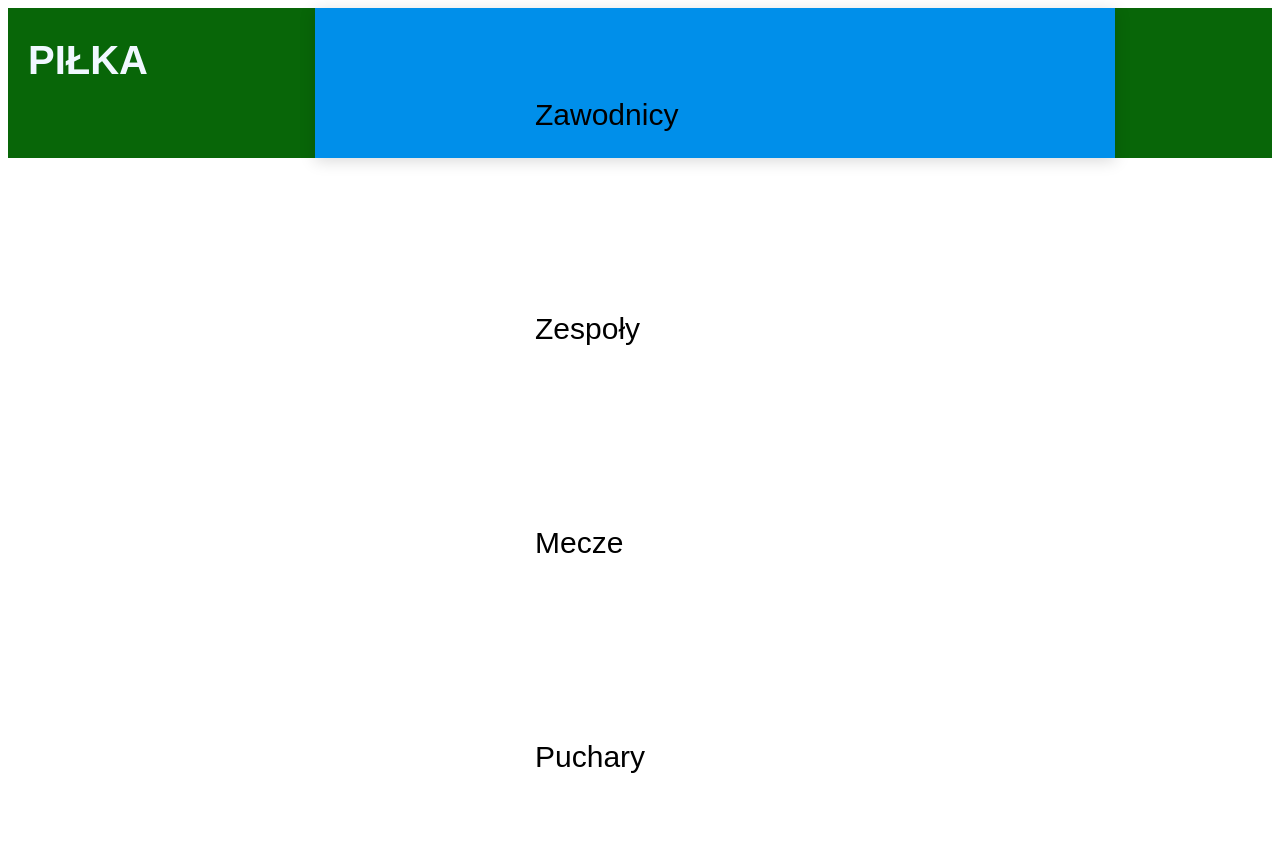
Repository: ZABA78/PAZW
Page: index.html
An editor plug-in stored every save of this project. The page is shown before and after the next save, followed by the edit.
The browser window is 1280 px wide. The pictures show the whole page.
Some web fonts or font styles are not loaded; a fallback is used.

Above is the page before, as saved 2023-10-17 14:27:14.

### index.html
<!DOCTYPE html>
<html lang="en">
<head>
    <meta charset="UTF-8">
    <meta http-equiv="X-UA-Compatible" content="IE=edge">
    <meta name="viewport" content="width=device-width, initial-scale=1.0">
    <link rel="stylesheet" href="style.css">
    <title>Piłka</title>
    <style>
        @import url('https://fonts.googleapis.com/css2?family=Tilt+Neon&display=swap');
        </style>
        <script src = "Jquery.js"></script>
</head>
<body>
    <header>
        <!--<img src="pilka.png" alt="logo" class = "logo">--><h1>PIŁKA</h1>
        <nav>
            <a href="">Zawodnicy</a>
            <a href="">Zespoły</a>
            <a href="">Mecze</a>
            <a href="">Puchary</a>
        </nav>
    </header>
</body>
</html>

### style.css
*
{
    font-family: 'Tilt Neon', sans-serif;


}

h1
{
    padding: 10px;
    font-size: 40px;
    f;
    float: left;
    margin-left: 10px;
    margin-top: 20px;
}
header
{
    background-color: rgb(8, 102, 8);
    height: 150px;
    color: aliceblue;
    display: flex;
    flex-direction: row;
}
a
{
padding: 90px;
text-align: center;
float: left;
margin-left: 130px;
text-decoration: none;
color: black;
font-size: 30px;
}
nav {
	margin: 0 auto;
	max-width: 800px;
	background: #008FEA;
	box-shadow:0 3px 15px rgba(0,0,0,.15);
}

nav::after {
	display: block;
	content: '';
	clear: both;
}

nav ul {
	padding: 0;
	margin: 0;
	list-style: none;
}

nav ul li {
	float: left;
	position: relative;
}

nav ul li a {
	display: block;
	color: rgba(255, 255, 255, .9);
	text-decoration: none;
	padding: 1rem 2rem;
	border-top: 2px solid transparent;
	border-bottom: 2px solid transparent;
	transition: all .3s ease-in-out;
}

nav ul li a:hover,
nav ul li a:focus {
	background: rgba(0, 0, 0, .15);
}

nav ul li a:focus {
	color: white;
}

nav ul li a:not(:only-child)::after {
	padding-left: 4px;
	content: ' ▾';
}

nav ul li ul li {
	min-width: 190px;
}

nav ul li ul li a {
	background: transparent;
	color: #555;
	border-bottom: 1px solid #DDE0E7;
}

nav ul li ul li a:hover,
nav ul li ul li a:focus {
	background: #eee;
	color: #111;
}

.dropdown {
	display: none;
	position: absolute;
	background: #fff;
	box-shadow: 0 4px 10px rgba(10, 20, 30, .4);
}

Loaded but not shown: jquery.js (library)

After the next save:
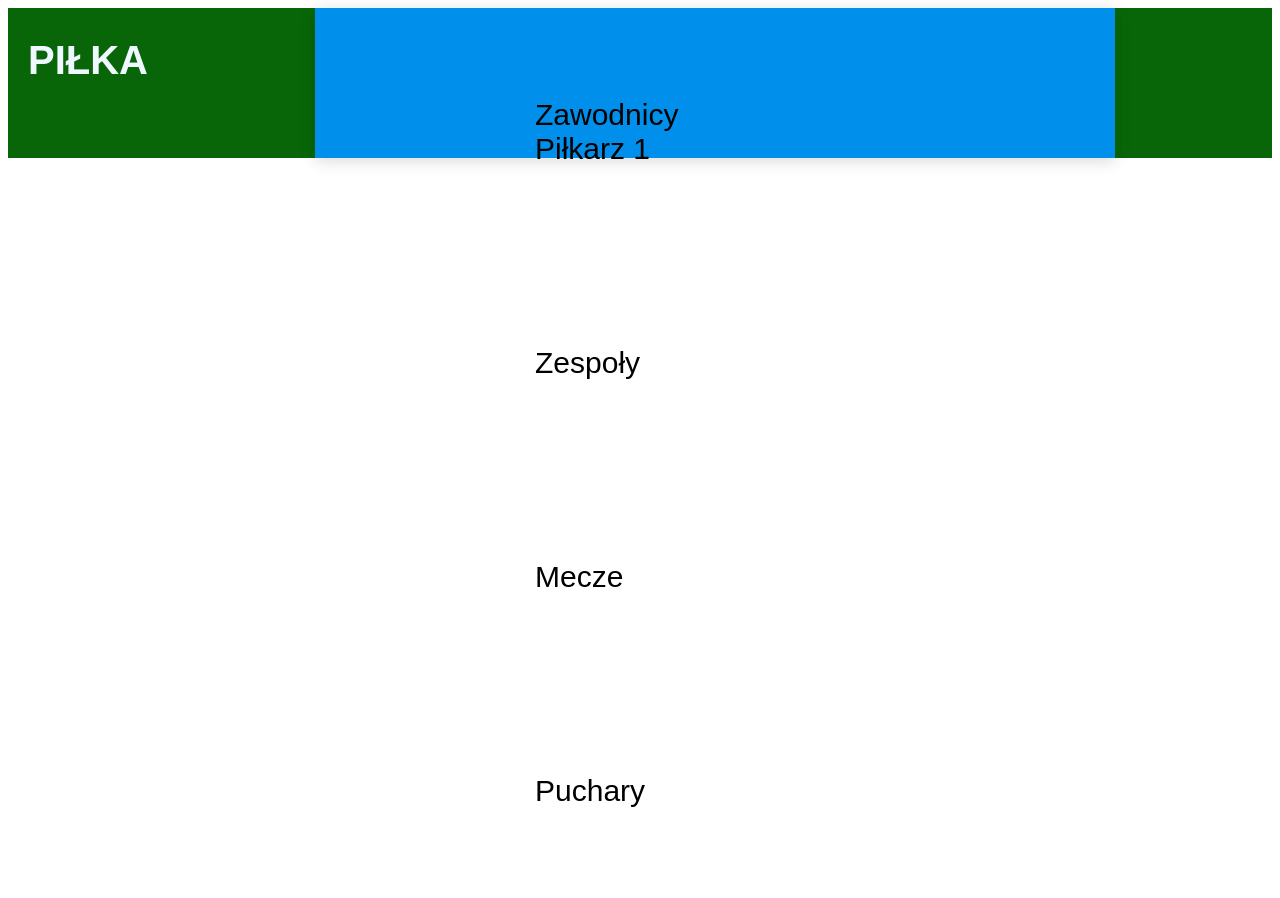
Saved 26 s later.
--- a/index.html
+++ b/index.html
@@ -15,7 +15,7 @@
     <header>
         <!--<img src="pilka.png" alt="logo" class = "logo">--><h1>PIŁKA</h1>
         <nav>
-            <a href="">Zawodnicy</a>
+            <a href="">Zawodnicy <ul><li>Piłkarz 1</li></ul></a>
             <a href="">Zespoły</a>
             <a href="">Mecze</a>
             <a href="">Puchary</a>
